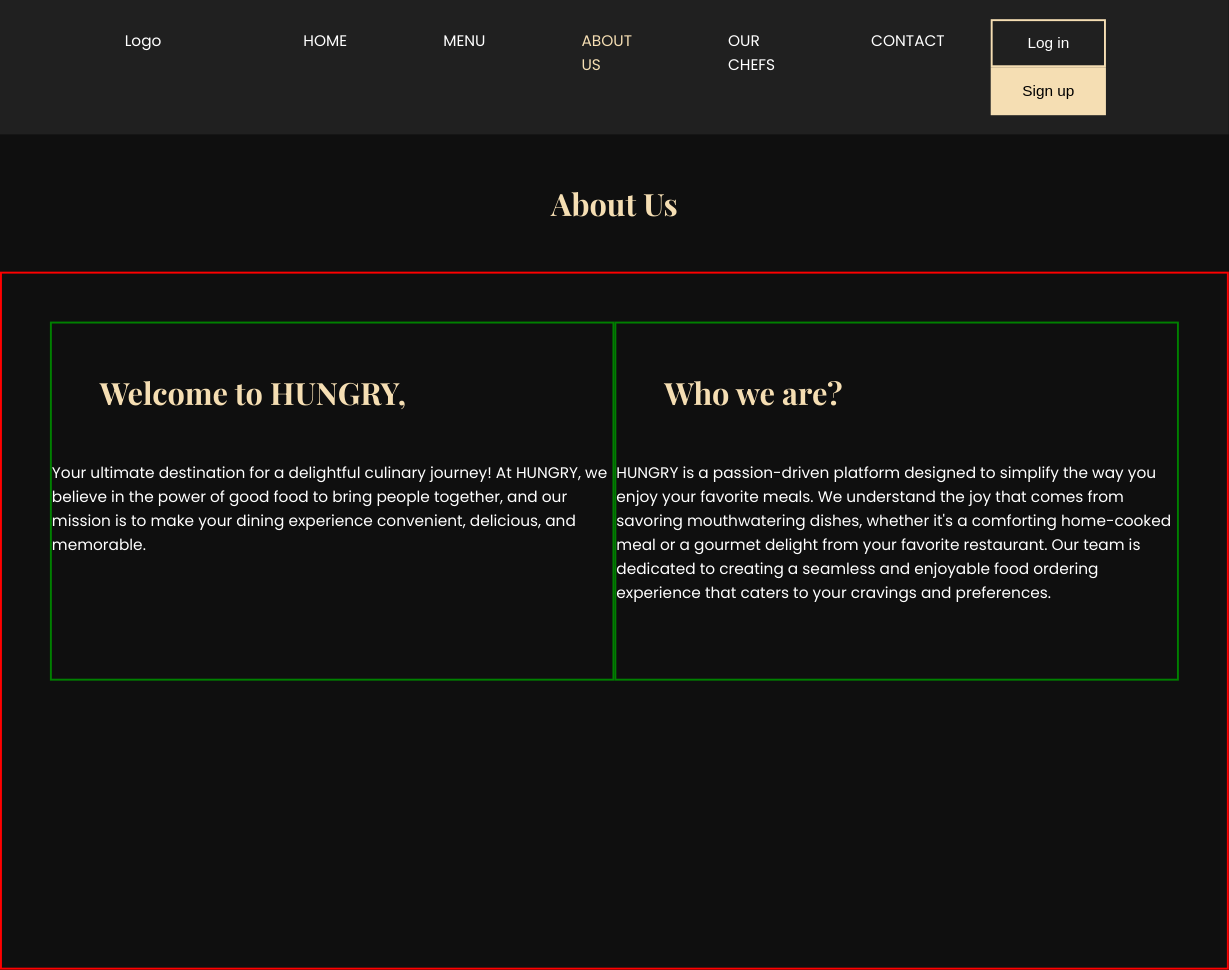
Repository: ThisIsSahaj/NSP
Page: about.html
The author's editor kept a copy of each file at every save. The page is drawn from the files as they stood at one save, then again after the next save.
The browser window is 1280 px wide. The pictures show the whole page, at 96% of full size.

Above is the page before, as saved 2023-12-26 22:15:07.

After the next save:
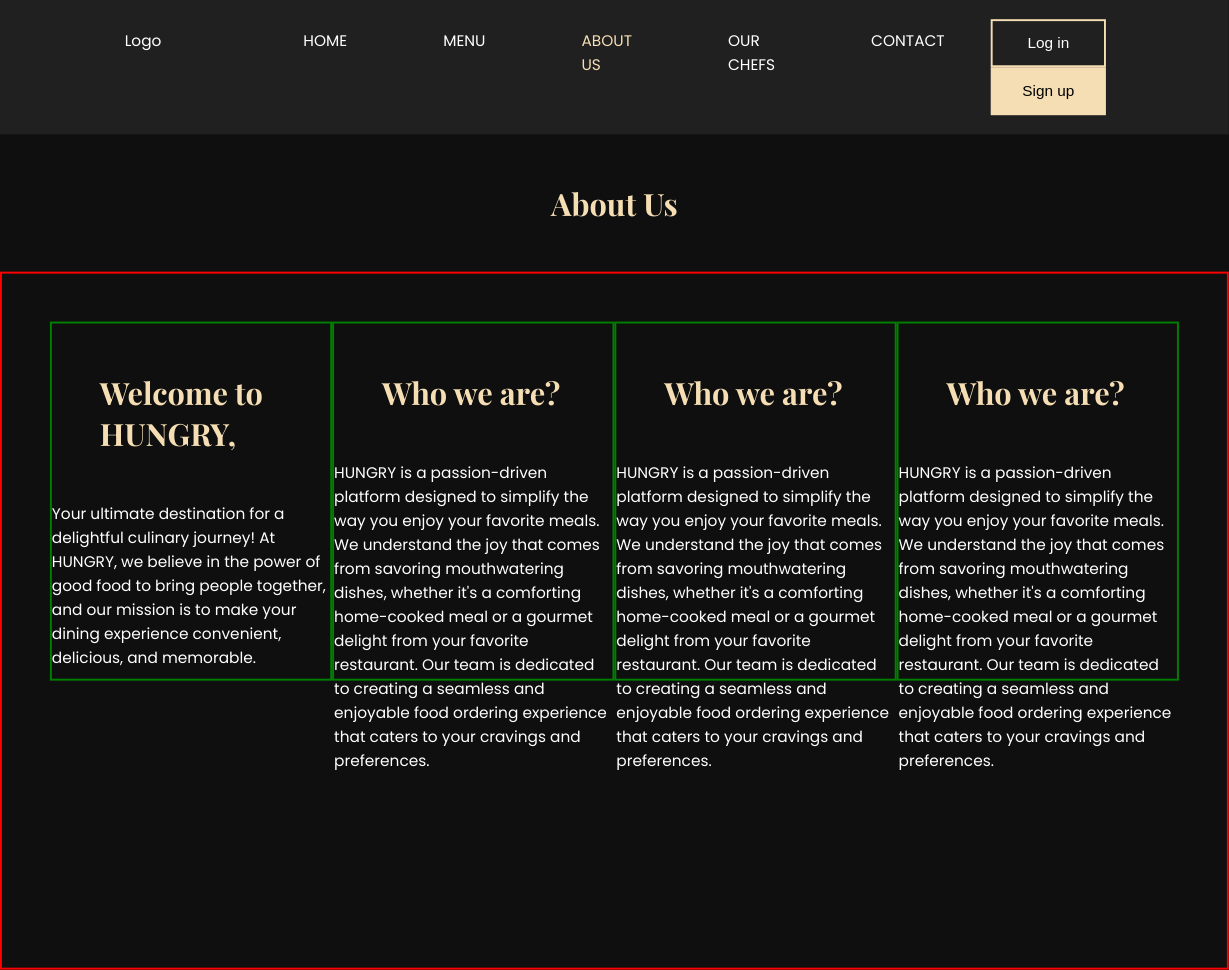
Saved 44 s later.
--- a/about.html
+++ b/about.html
@@ -34,15 +34,30 @@
     <h1>About Us</h1>
     <div class="aboutBox">
        <div>
-
-         <h1 style="color: wheat;">Welcome to HUNGRY,</h1>
+        <h1 style="color: wheat;">Welcome to HUNGRY,</h1>
         <p>Your ultimate destination for a delightful culinary journey! At HUNGRY, we believe in the power of good food to bring people together, and our mission is to make your dining experience convenient, delicious, and memorable.</p>
        </div>
+
        <div>
         <h1 style="color: wheat;">Who we are?</h1>
         <p>
             HUNGRY is a passion-driven platform designed to simplify the way you enjoy your favorite meals. We understand the joy that comes from savoring mouthwatering dishes, whether it's a comforting home-cooked meal or a gourmet delight from your favorite restaurant. Our team is dedicated to creating a seamless and enjoyable food ordering experience that caters to your cravings and preferences.</p>
        </div>
+
+       <div>
+        <h1 style="color: wheat;">Who we are?</h1>
+        <p>
+            HUNGRY is a passion-driven platform designed to simplify the way you enjoy your favorite meals. We understand the joy that comes from savoring mouthwatering dishes, whether it's a comforting home-cooked meal or a gourmet delight from your favorite restaurant. Our team is dedicated to creating a seamless and enjoyable food ordering experience that caters to your cravings and preferences.</p>
+       </div>
+
+       <div>
+        <h1 style="color: wheat;">Who we are?</h1>
+        <p>
+            HUNGRY is a passion-driven platform designed to simplify the way you enjoy your favorite meals. We understand the joy that comes from savoring mouthwatering dishes, whether it's a comforting home-cooked meal or a gourmet delight from your favorite restaurant. Our team is dedicated to creating a seamless and enjoyable food ordering experience that caters to your cravings and preferences.</p>
+       </div>
+
+
+
     </div>
 </div>
 </body>

After the save that followed:
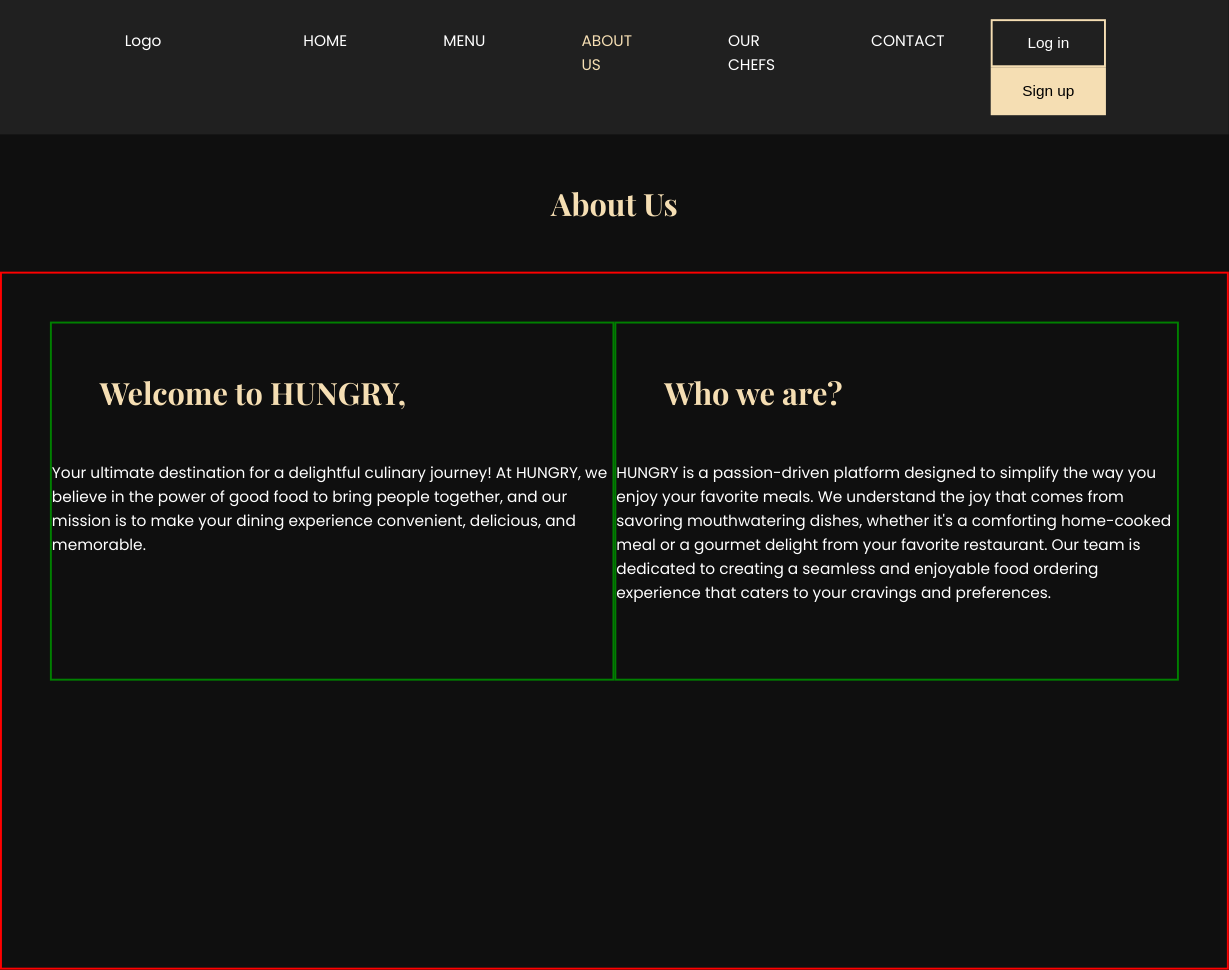
Saved 13 s later.
--- a/about.html
+++ b/about.html
@@ -43,21 +43,6 @@
         <p>
             HUNGRY is a passion-driven platform designed to simplify the way you enjoy your favorite meals. We understand the joy that comes from savoring mouthwatering dishes, whether it's a comforting home-cooked meal or a gourmet delight from your favorite restaurant. Our team is dedicated to creating a seamless and enjoyable food ordering experience that caters to your cravings and preferences.</p>
        </div>
-
-       <div>
-        <h1 style="color: wheat;">Who we are?</h1>
-        <p>
-            HUNGRY is a passion-driven platform designed to simplify the way you enjoy your favorite meals. We understand the joy that comes from savoring mouthwatering dishes, whether it's a comforting home-cooked meal or a gourmet delight from your favorite restaurant. Our team is dedicated to creating a seamless and enjoyable food ordering experience that caters to your cravings and preferences.</p>
-       </div>
-
-       <div>
-        <h1 style="color: wheat;">Who we are?</h1>
-        <p>
-            HUNGRY is a passion-driven platform designed to simplify the way you enjoy your favorite meals. We understand the joy that comes from savoring mouthwatering dishes, whether it's a comforting home-cooked meal or a gourmet delight from your favorite restaurant. Our team is dedicated to creating a seamless and enjoyable food ordering experience that caters to your cravings and preferences.</p>
-       </div>
-
-
-
     </div>
 </div>
 </body>
